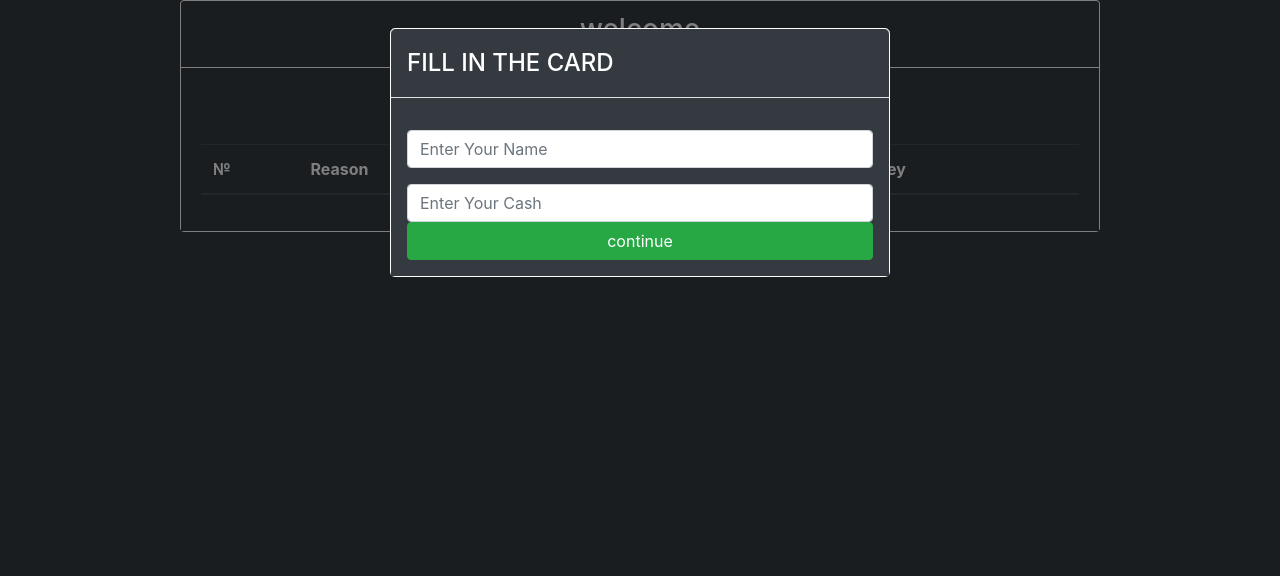
Repository: surefaceJS/allMyWorkInaliLinux
Page: hardcha/index.html
The author's editor kept a copy of each file at every save. The page is drawn from the files as they stood at one save, then again after a run of saves.
The browser window is 1280 px wide. The pictures show the whole page.

Above is the page before, as saved 2021-04-19 12:35:02.

### hardcha/index.html
<!DOCTYPE html>
<html lang="en">

<head>
    <meta charset="UTF-8">
    <meta http-equiv="X-UA-Compatible" content="IE=edge">
    <meta name="viewport" content="width=device-width, initial-scale=1.0">
    <title>ReadyWebPage</title>
    <link rel="stylesheet" href="css/bootstrap.css">
    <link rel="stylesheet" href="fontawesome-free-5.15.2-web/css/all.min.css">
    <link rel="stylesheet" href="css/main.css">
</head>

<body class="bg-dark">


    <div class="container">



        <!-- The Modal -->
        <div class="modal" id="myModal">
            <div class="modal-dialog">
                <div class="modal-content border-white">

                    <!-- Modal Header -->
                    <div class="modal-header bg-dark text-center ">
                        <h4 class="modal-title text-white text-center text-uppercase">Fill in the card</h4>

                    </div>

                    <!-- Modal body -->
                    <div class="modal-body bg-dark">
                        <input type="text" class="form-control mt-3" id="userName" placeholder="Enter Your Name">
                        <input type="number" class="form-control mt-3" id="userMoney" placeholder="Enter Your Cash">
                        <button class="btn btn-success w-100 ">continue</button>
                    </div>

                </div>
            </div>
        </div>

        <div class="row">
            <div class="col-10 m-auto">
                <div class="card border-white">

                    <div class="card-header border-white bg-dark text-white text-center">
                        <h3>welcome <span id="pushName"></span> </h3>
                    </div>
                    <div class="card-body bg bg-dark">
                        <h1 class="text-danger text-center text-uppercase font-intel-bold" id="pushMonay"><span class="text-white">$</span></h1>

                        <table class="table table-dark table-hover table-striped">
                            <thead>
                                <tr>
                                    <th>№</th>
                                    <th>Reason</th>
                                    <th>Spend Money</th>
                                    <th>Type Money</th>
                                </tr>
                            </thead>
                            <tbody id="result"></tbody>
                        </table>
                    </div>

                </div>
            </div>
        </div>
    </div>

    <script src="js/jquery-3.3.1.slim.min.js"></script>
    <script src="js/popper.min.js"></script>
    <script src="js/bootstrap.js"></script>
    <script src="js/app.js"></script>
</body>

### hardcha/css/main.css
/*********************  FONTS STYLE *************************/
@font-face {
  font-family: "Inter-Bold";
  src: url("../asssets/fonts/Inter/Inter-Bold.ttf") format("truetype"); }
@font-face {
  font-family: "Inter-Regular";
  src: url("../asssets/fonts/Inter/Inter-Regular.ttf") format("truetype"); }
@font-face {
  font-family: "Inter-Light";
  src: url("../asssets/fonts/Inter/Inter-Light.ttf") format("truetype"); }
@font-face {
  font-family: "Inter-SemiBold";
  src: url("../asssets/fonts/Inter/Inter-SemiBold.ttf") format("truetype"); }
.font-intel-bold {
  font-family: "Inter-Bold", sans-serif; }

.font-intel-regular {
  font-family: "Inter-Regular", sans-serif; }

.font-intel-light {
  font-family: "Inter-Light", sans-serif; }

.font-inter-semi-bold {
  font-family: "Inter-SemiBold", sans-serif; }

/*# sourceMappingURL=main.css.map */

### hardcha/js/app.js
$(document).ready(function() {
    $('#myModal').modal('show');
});

Loaded but not shown: hardcha/css/bootstrap.css (library); hardcha/fontawesome-free-5.15.2-web/css/all.min.css (library); hardcha/js/jquery-3.3.1.slim.min.js (library); hardcha/js/popper.min.js (library); hardcha/js/bootstrap.js (library)

After the next 2 saves:
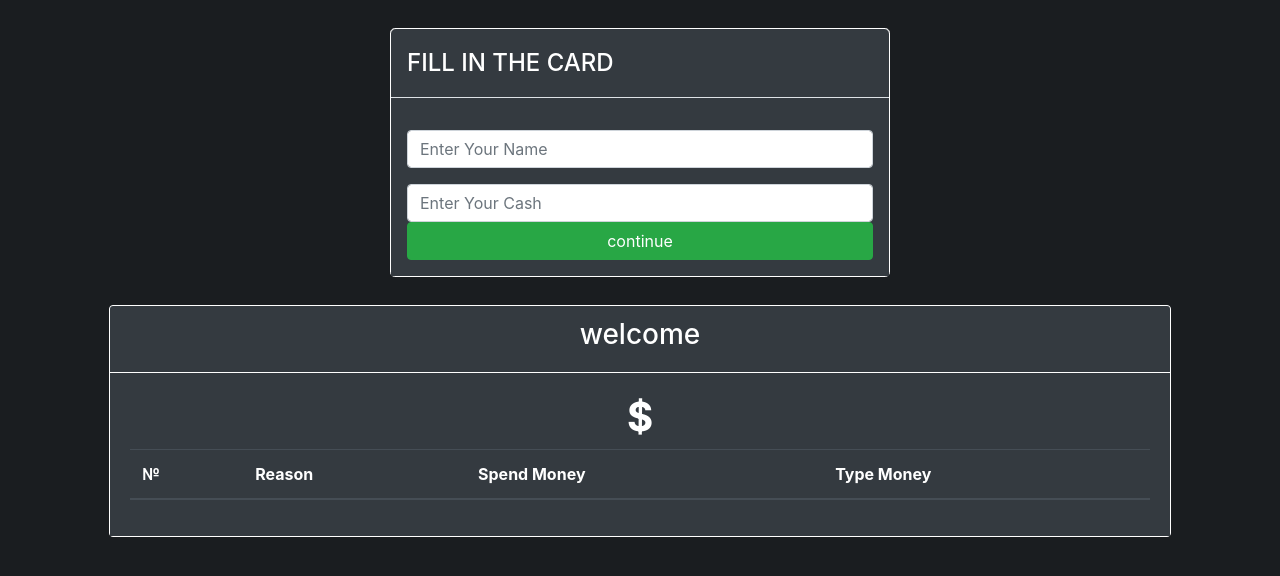
The 2 saves are shown as one change because they came seconds apart.
The last was saved 6 s later.
--- a/hardcha/index.html
+++ b/hardcha/index.html
@@ -33,43 +33,43 @@
                     <div class="modal-body bg-dark">
                         <input type="text" class="form-control mt-3" id="userName" placeholder="Enter Your Name">
                         <input type="number" class="form-control mt-3" id="userMoney" placeholder="Enter Your Cash">
-                        <button class="btn btn-success w-100 ">continue</button>
+                        <button class="btn btn-success w-100 mt">continue</button>
+                        </dv>
+
                     </div>
+                </div>
+            </div>
 
+            <div class="row">
+                <div class="col-10 m-auto">
+                    <div class="card border-white">
+
+                        <div class="card-header border-white bg-dark text-white text-center">
+                            <h3>welcome <span id="pushName"></span> </h3>
+                        </div>
+                        <div class="card-body bg bg-dark">
+                            <h1 class="text-danger text-center text-uppercase font-intel-bold" id="pushMonay"><span class="text-white">$</span></h1>
+
+                            <table class="table table-dark table-hover table-striped">
+                                <thead>
+                                    <tr>
+                                        <th>№</th>
+                                        <th>Reason</th>
+                                        <th>Spend Money</th>
+                                        <th>Type Money</th>
+                                    </tr>
+                                </thead>
+                                <tbody id="result"></tbody>
+                            </table>
+                        </div>
+
+                    </div>
                 </div>
             </div>
         </div>
 
-        <div class="row">
-            <div class="col-10 m-auto">
-                <div class="card border-white">
-
-                    <div class="card-header border-white bg-dark text-white text-center">
-                        <h3>welcome <span id="pushName"></span> </h3>
-                    </div>
-                    <div class="card-body bg bg-dark">
-                        <h1 class="text-danger text-center text-uppercase font-intel-bold" id="pushMonay"><span class="text-white">$</span></h1>
-
-                        <table class="table table-dark table-hover table-striped">
-                            <thead>
-                                <tr>
-                                    <th>№</th>
-                                    <th>Reason</th>
-                                    <th>Spend Money</th>
-                                    <th>Type Money</th>
-                                </tr>
-                            </thead>
-                            <tbody id="result"></tbody>
-                        </table>
-                    </div>
-
-                </div>
-            </div>
-        </div>
-    </div>
-
-    <script src="js/jquery-3.3.1.slim.min.js"></script>
-    <script src="js/popper.min.js"></script>
-    <script src="js/bootstrap.js"></script>
-    <script src="js/app.js"></script>
+        <script src="js/jquery-3.3.1.slim.min.js"></script>
+        <script src="js/popper.min.js"></script>
+        <script src="js/bootstrap.js"></script>
+        <script src="js/app.js"></script>
 </body>
